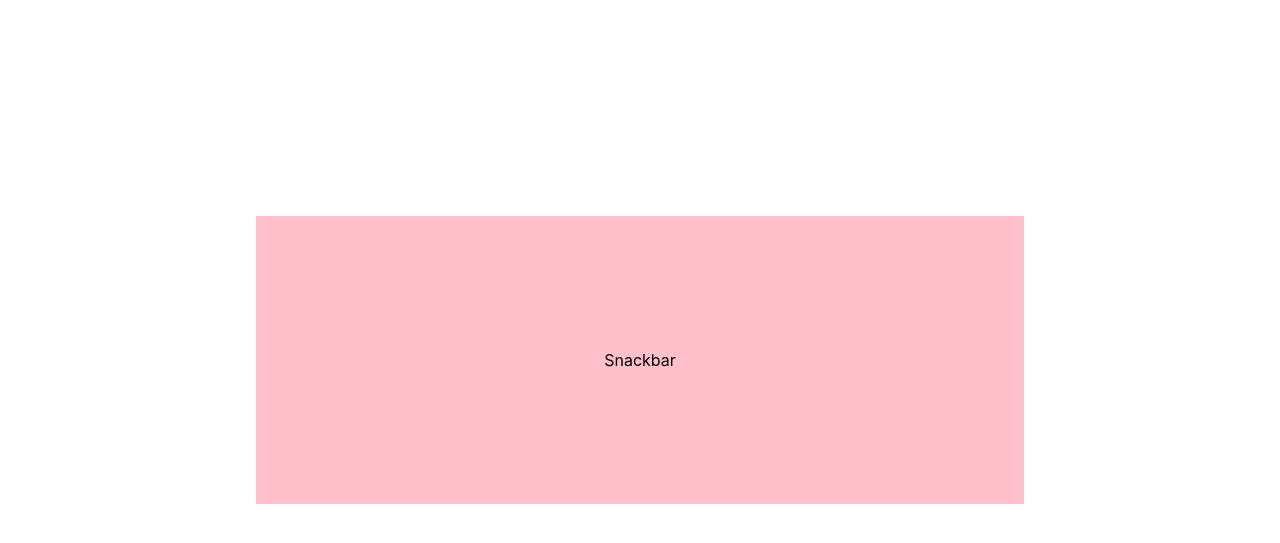
Repository: KrzysKolo/sr_tydzien5_zad2
Page: /
The author's editor kept a copy of each file at every save. The page is drawn from the files as they stood at one save, then again after the next save.
The browser window is 1280 px wide. The pictures show the whole page.
The project was rebuilt for these pictures with package versions that can differ from the ones it lists, and the page was loaded fresh each time.

Above is the page before, as saved 2020-12-21 15:53:17.

### public/index.html
<!DOCTYPE html>
<html lang="en">
  <head>
    <meta charset="utf-8" />
    <link rel="icon" href="%PUBLIC_URL%/favicon.ico" />
    <meta name="viewport" content="width=device-width, initial-scale=1" />
    <meta name="theme-color" content="#000000" />
    <meta
      name="description"
      content="Web site created using create-react-app"
    />
    <link rel="apple-touch-icon" href="%PUBLIC_URL%/logo192.png" />
    <!--
      manifest.json provides metadata used when your web app is installed on a
      user's mobile device or desktop. See https://developers.google.com/web/fundamentals/web-app-manifest/
    -->
    <link rel="manifest" href="%PUBLIC_URL%/manifest.json" />
    <!--
      Notice the use of %PUBLIC_URL% in the tags above.
      It will be replaced with the URL of the `public` folder during the build.
      Only files inside the `public` folder can be referenced from the HTML.

      Unlike "/favicon.ico" or "favicon.ico", "%PUBLIC_URL%/favicon.ico" will
      work correctly both with client-side routing and a non-root public URL.
      Learn how to configure a non-root public URL by running `npm run build`.
    -->
    <title>Zad 2 - snackbar</title>
  </head>
  <body>
    <noscript>You need to enable JavaScript to run this app.</noscript>
    <div id="root"></div>
    <!--
      This HTML file is a template.
      If you open it directly in the browser, you will see an empty page.

      You can add webfonts, meta tags, or analytics to this file.
      The build step will place the bundled scripts into the <body> tag.

      To begin the development, run `npm start` or `yarn start`.
      To create a production bundle, use `npm run build` or `yarn build`.
    -->
  </body>
</html>

### src/App.js
import React from 'react';
import './App.css';
const App = () => {
  return (
    <div className="wrapper--btn">
      Snackbar
    </div>
  )
}

export default App;

### src/App.css
* {
  box-sizing: border-box;
  margin: 0;
  position: relative;
}
body {
  width: 100vw;
  height: 100vh;
  display: flex;
  flex-direction: row;
  justify-content: center;
  align-items: center;
}
.wrapper--btn {
  width: 60vw;
  height: 40vh;
  display: flex;
  flex-direction: row;
  justify-content: center;
  align-items: center;
  background: pink;
}

Loaded but not shown: src/index.js (common file); src/index.css (common file)

After the next save:
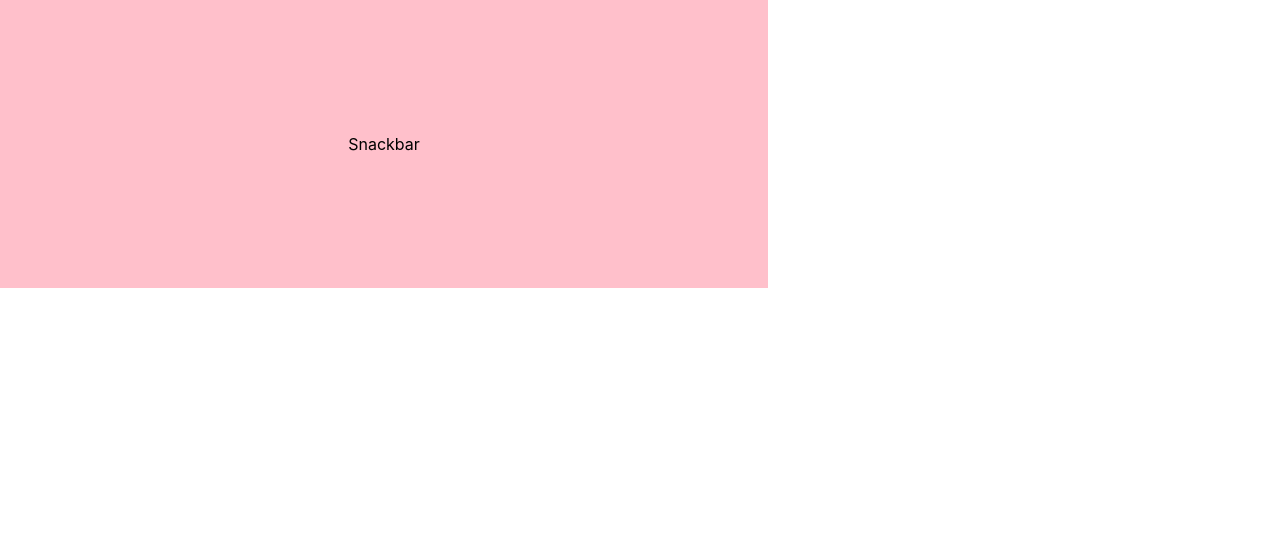
Saved 18 s later.
--- a/src/App.css
+++ b/src/App.css
@@ -3,14 +3,7 @@
   margin: 0;
   position: relative;
 }
-body {
-  width: 100vw;
-  height: 100vh;
-  display: flex;
-  flex-direction: row;
-  justify-content: center;
-  align-items: center;
-}
+
 .wrapper--btn {
   width: 60vw;
   height: 40vh;

After the save that followed:
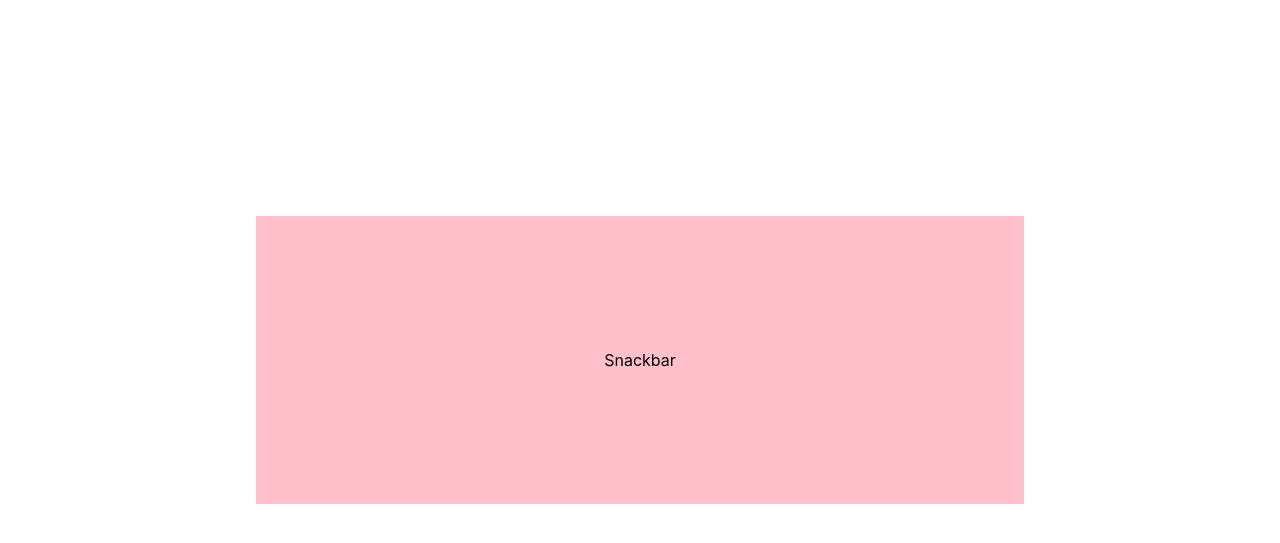
Saved 6 s later.
--- a/src/App.css
+++ b/src/App.css
@@ -3,7 +3,14 @@
   margin: 0;
   position: relative;
 }
-
+body {
+  width: 100vw;
+  height: 100vh;
+  display: flex;
+  flex-direction: row;
+  justify-content: center;
+  align-items: center;
+}
 .wrapper--btn {
   width: 60vw;
   height: 40vh;
